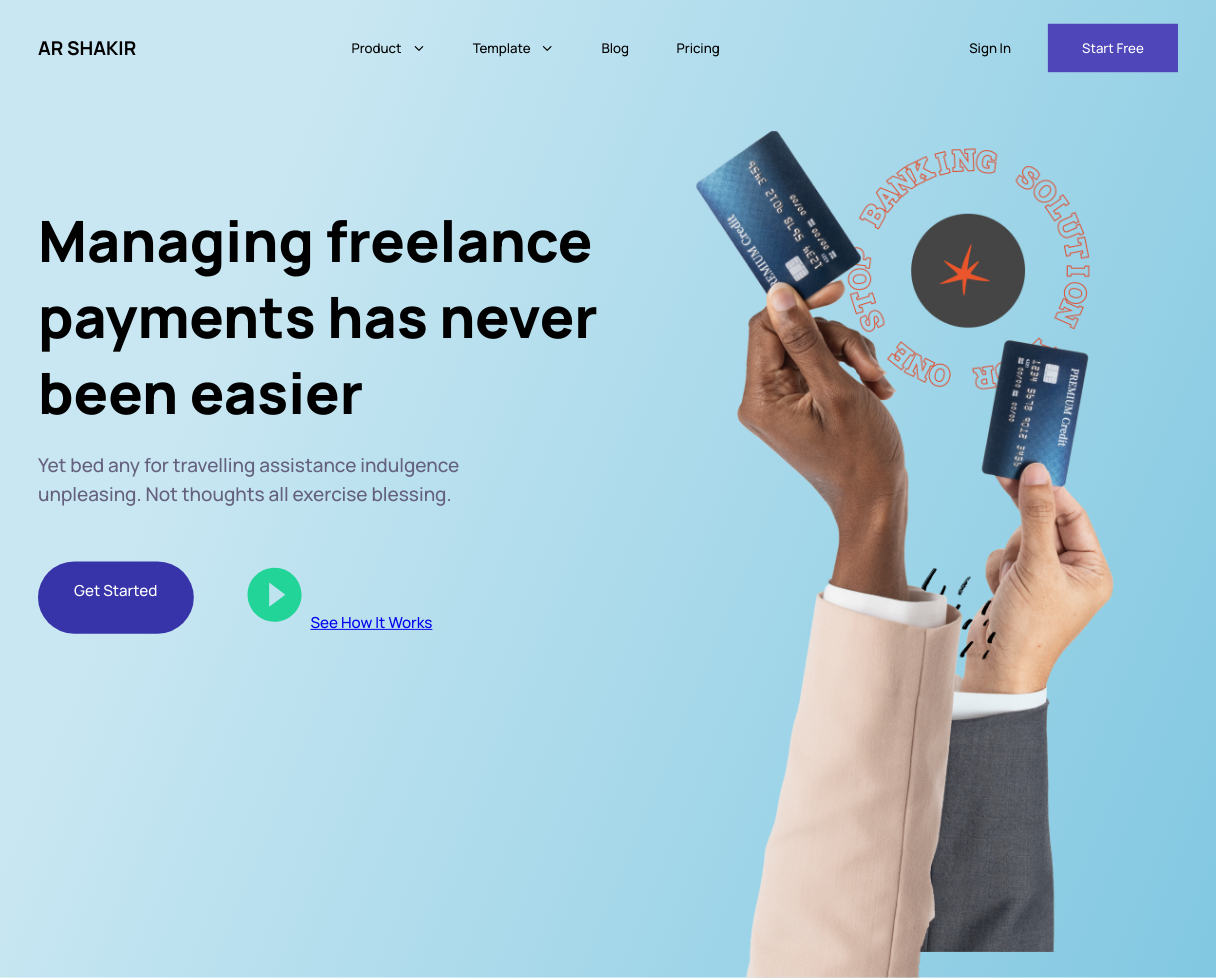
Repository: duongdori/ARShakir
Page: index.html
These files come from the project's save history. The page is drawn as it stood at one moment and after the next save; the edit follows.
The browser window is 1280 px wide. The pictures show the whole page, at 95% of full size.

Above is the page before, as saved 2022-04-02 16:48:03.

### index.html
<!DOCTYPE html>
<html lang="en">
<head>
    <meta charset="UTF-8">
    <meta http-equiv="X-UA-Compatible" content="IE=edge">
    <meta name="viewport" content="width=device-width, initial-scale=1.0">
    <title>AR SHAKIR</title>
    <link rel="preconnect" href="https://fonts.googleapis.com">
    <link rel="preconnect" href="https://fonts.gstatic.com" crossorigin>
    <link href="https://fonts.googleapis.com/css2?family=Manrope:wght@400;500;600;700;800&display=swap" rel="stylesheet">

    <link rel="stylesheet" href="./assets/css/main.css">
</head>
<body>
    <div class="wrapper">
        <header class="header">
            <div class="header-top">
                <div class="container">
                    <div class="header-logo">AR Shakir</div>
                    <ul class="header-menu">
                        <li class="header-menu-item">
                            <a href="#" class="header-menu-item-link">Product</a>
                            <a href="#" class="header-menu-item-icon">
                                <ion-icon name="ios-arrow-down"></ion-icon>
                            </a>
                        </li>
                        <li class="header-menu-item">
                            <a href="#" class="header-menu-item-link">Template</a>
                            <a href="#" class="header-menu-item-icon">
                                <ion-icon name="ios-arrow-down"></ion-icon>
                            </a>
                        </li>
                        <li class="header-menu-item">
                            <a href="#" class="header-menu-item-link">Blog</a>
                        </li>
                        <li class="header-menu-item">
                            <a href="#" class="header-menu-item-link">Pricing</a>
                        </li>
                    </ul>
                    <div class="header-login">
                        <a href="#" class="header-login-signin">Sign In</a>
                        <a href="#" class="header-login-startfree">Start Free</a>
                    </div>
                </div>
            </div>
            <div class="container">
                <div class="header-main">
                    <div class="header-content">
                        <h1 class="header-content-heading">
                            Managing freelance payments has never been easier
                        </h1>
                        <p class="header-content-desc">
                            Yet bed any for travelling assistance indulgence unpleasing. Not thoughts all exercise blessing.
                        </p>
                        <div class="header-content-btn">
                            <a class="header-content-getstarted_btn">Get Started</a>
                            <div class="header-content-see_btn">
                                <ion-icon name="play-circle" class="header-content-see_btn-icon" ></ion-icon>
                                <a href="#" class="header-content-see_btn-link">See How It Works</a>
                            </div>
                        </div>
                    </div>
                    <img srcset="./assets/images/img1.png 2x" class="header-img" alt="">
                </div>
            </div>
        </header>
    </div>
</body>
<script  src = "https://unpkg.com/ionicons@4.5.10-0/dist/ionicons.js" > </script >
</html>

### assets/css/main.css
*, *::before, *::after {
  box-sizing: border-box;
}
* {
  margin: 0;
}

html, body {
  height: 100%;
}
body {
  line-height: 1.5;
  -webkit-font-smoothing: antialiased;
  -webkit-tap-highlight-color: rgba(0,0,0,0);
}

img, picture, video, canvas, svg {
  display: block;
  max-width: 100%;
}
input, button, textarea, select {
  font: inherit;
  outline: none;
  border: none;
}
p, h1, h2, h3, h4, h5, h6 {
  overflow-wrap: break-word;
}

:root {
    --primary-font: "Manrope";
    --primary-text-color: #000;
}
body {
    font-family: var(--primary-font);
    font-weight: 500;
}

.wrapper {
    max-width: 1440px;
    margin: 0 auto;
}

.container {
    max-width: 1200px;
    margin: 0 auto;
}

.header{
    background: linear-gradient(292.12deg, #62BADA -35.02%, #C9E7F2 78.96%);
}

.header-top{
    padding-top: 38px;
}

.header-top .container {
    display:flex;
    justify-content: space-between;
    align-items: center;
}

.header-logo{
    font-weight: 700;
    font-size: 20px;
    line-height: calc(25 / 20);
    text-transform: uppercase;
    color: var(--primary-text-color);
}

.header-menu{
    display:flex;
    align-items: center;
    list-style: none;
    font-weight: 500;
    font-size: 14px;
    line-height: calc(19 / 14);
    padding: 0;
    margin-left: -50px;

}

.header-menu-item{
    margin-left: 50px;
}

.header-menu-item-link{
    color: var(--primary-text-color);
    text-decoration: none;

}

.header-menu-item-icon {
    color: var(--primary-text-color);
    margin-left: 8px;
    display: inline;
    top: 2px;
    position: relative;
}

.header-login{
    font-size: 14px;
    line-height: calc(19 / 14);
}

.header-login-signin{
    color: var(--primary-text-color);
    text-decoration: none;
    padding: 16px 36px;

}

.header-login-startfree{
    color: #fff;
    text-decoration: none;
    background-color: #4F46BA;
    padding: 16px 36px;

}


.header-main {
    display: flex;
    justify-content: space-between;
}

.header-content {
    max-width: 646px;
    width: 100%;
    margin-top: 150px;
    flex-shrink: 0;
}

.header-content-heading {
    font-size: 60px;
    font-weight: 800;
    line-height: calc(80 / 60);
    color: var(--primary-text-color);
}

.header-content-desc {
    max-width: 510px;
    width: 100%;
    margin-top: 22px;
    font-size: 20px;
    line-height: calc(30 / 20);
    color: #64607D;
}

.header-content-btn{
    display: flex;
    margin-top: 56px;
}

.header-content-getstarted_btn{
    color: #fff;
    font-size: 16px;
    line-height: calc(30 / 16);
    padding: 15px 38px;
    background-color: #3734A9;
    margin-right: 50px;
    border-radius: 47px;
}

.header-content-see_btn{

}

.header-content-see_btn-icon {
    color: #22D497;
    width: 70px;
    height: 70px;
}

.header-content-see_btn-link{

}

After the next save:
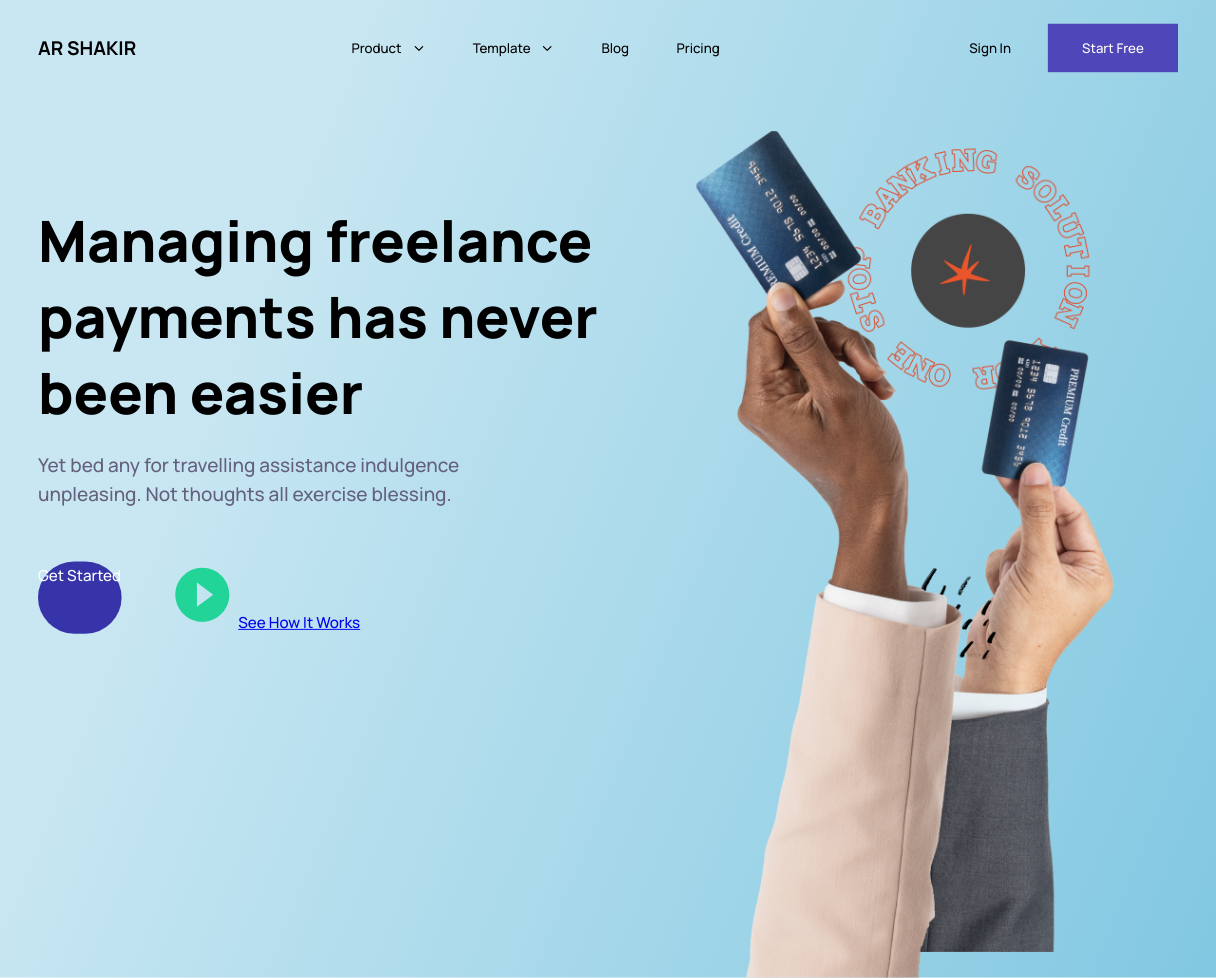
Saved 45 s later.
--- a/assets/css/main.css
+++ b/assets/css/main.css
@@ -156,7 +156,6 @@ body {
     color: #fff;
     font-size: 16px;
     line-height: calc(30 / 16);
-    padding: 15px 38px;
     background-color: #3734A9;
     margin-right: 50px;
     border-radius: 47px;
